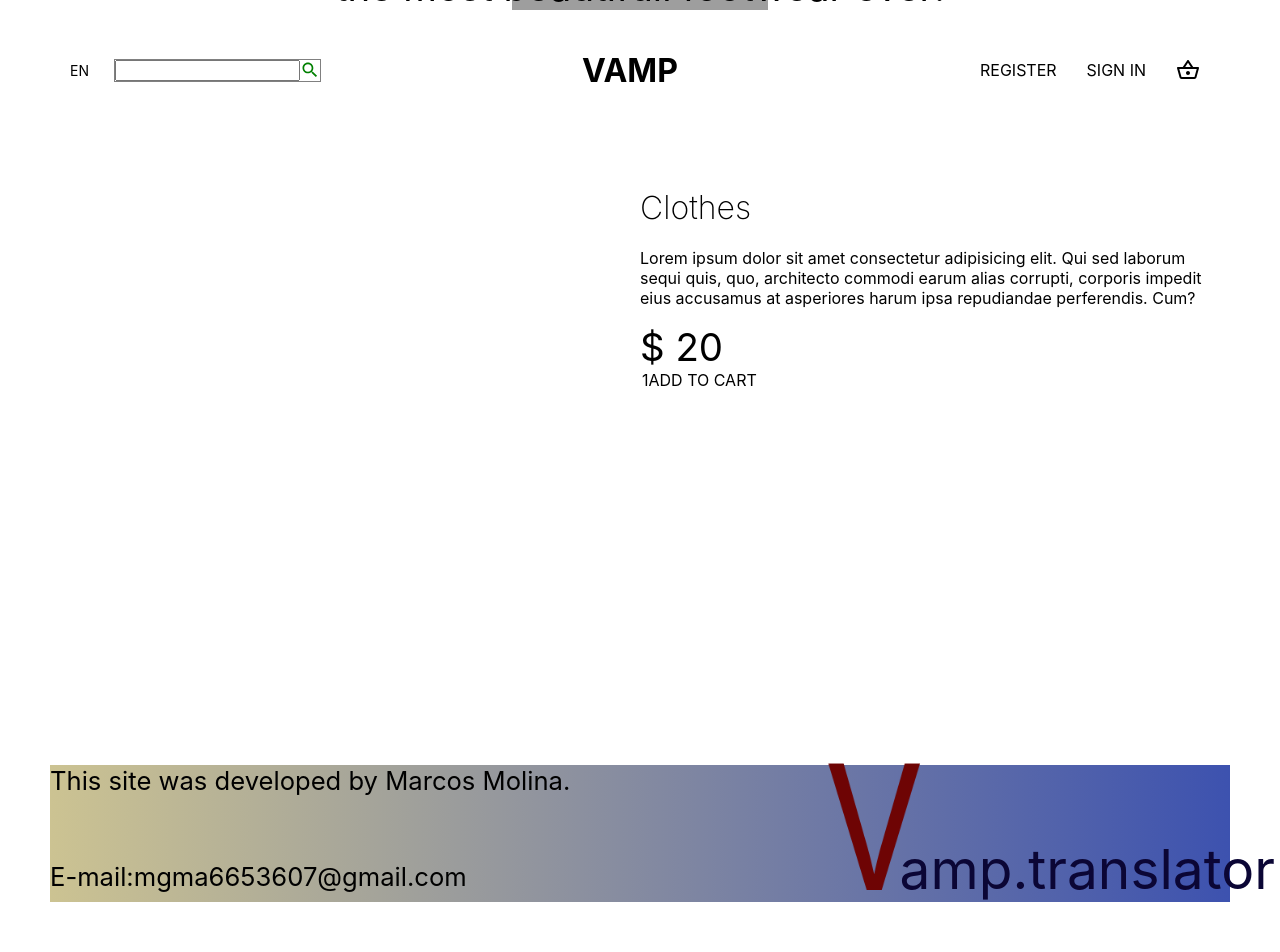
Repository: mgma2005/ecoeli
Page: /
An editor plug-in stored every save of this project. The page is shown before and after the next save, followed by the edit.
The browser window is 1280 px wide. The pictures show the part of the page from y = 163 to 1115 px (the page is 1115 px tall).
Pictures or frames that could not be fetched are drawn as grey boxes. The project was rebuilt for these pictures with package versions that can differ from the ones it lists, and the page was loaded fresh each time. Also part of the build but not shown: src/App.css.

Above is the page before, as saved 2022-05-14 17:28:09.

After the next save:
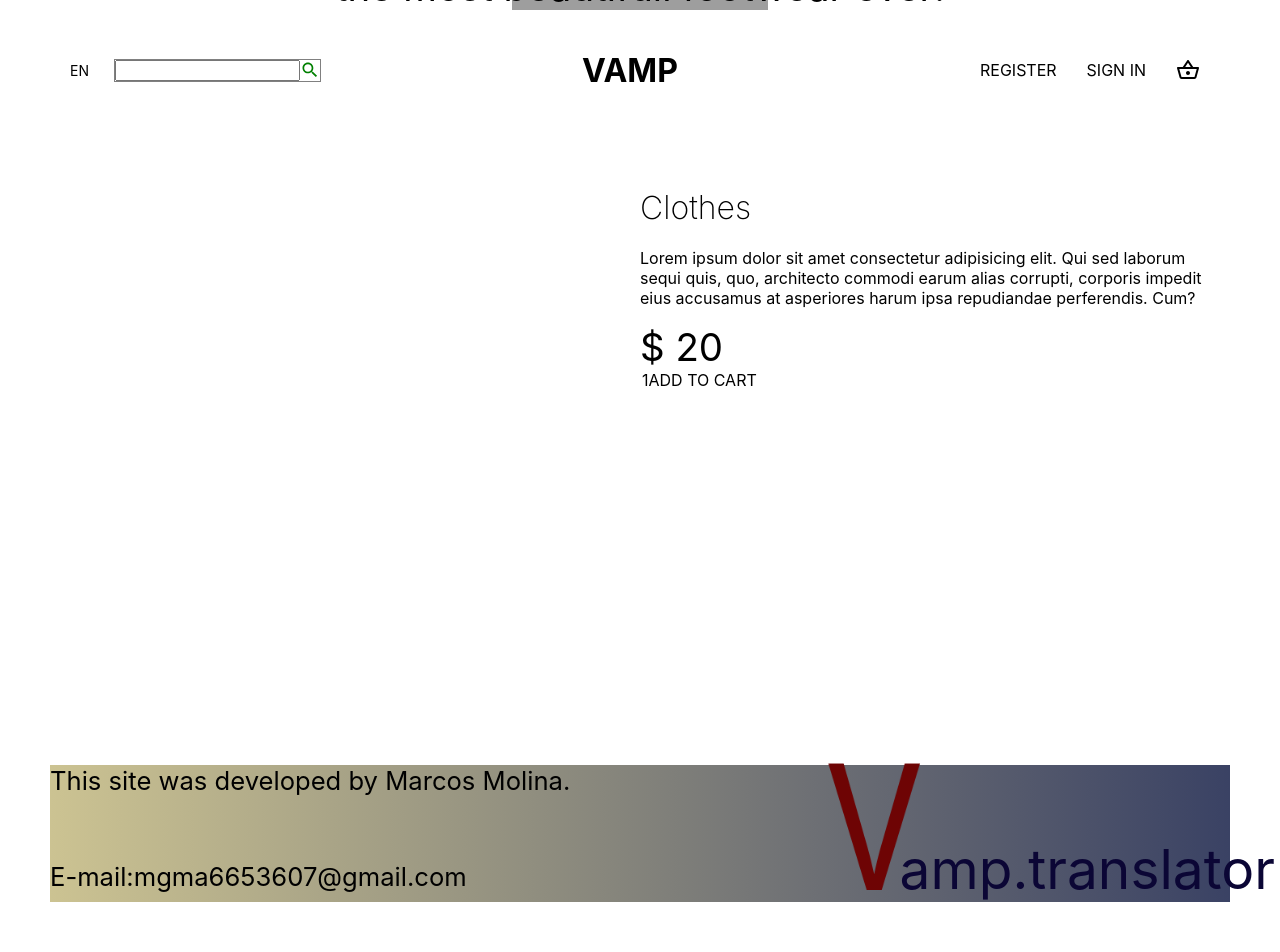
Saved 7 s later.
--- a/src/style.css
+++ b/src/style.css
@@ -2,7 +2,7 @@
     margin-top: 10%;
     width: 100%;
     height: auto;
-    background: linear-gradient(to right, rgb(204, 195, 146),rgb(61, 82, 175));
+    background: linear-gradient(to right, rgb(204, 195, 146),rgb(58, 66, 100));
 
 }
 
